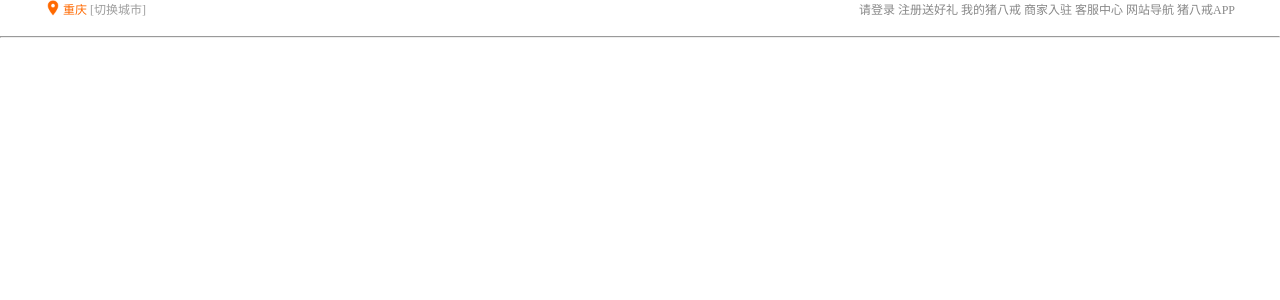
Repository: 13982720426/zbj
Page: HTML/index.html
The author's editor kept a copy of each file at every save. The page is drawn from the files as they stood at one save, then again after a run of saves.
The browser window is 1280 px wide. The pictures show the whole page.

Above is the page before, as saved 2021-07-15 13:19:42.

After the next 2 saves:
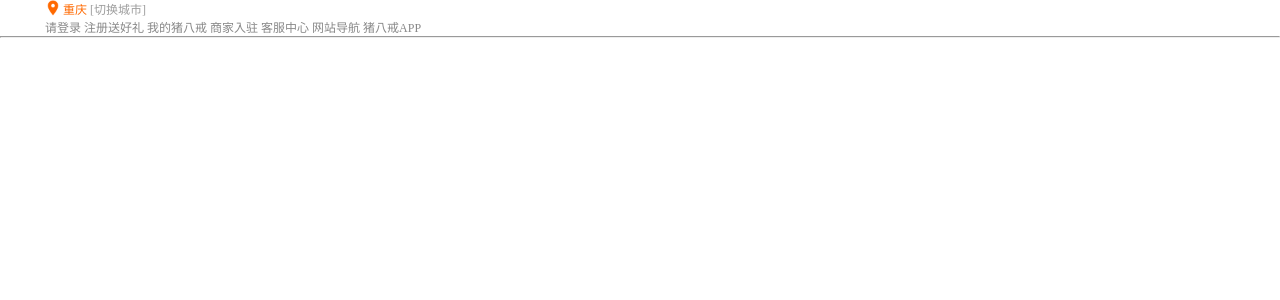
The 2 saves are shown as one change because they came seconds apart.
The last was saved 9 s later.
--- a/HTML/css/index.css
+++ b/HTML/css/index.css
@@ -3,7 +3,7 @@
   padding: 0;
 }
 .header-top {
-  display: flex;
+  /* display: flex; */
   margin: 0 auto;
   height: 36px;
   width: 1190px;
@@ -18,8 +18,6 @@
   background-image: url('data:[embedded picture, 1182 characters]');
 }
 .tl1 {
-  justify-content: center;
-  justify-items: center;
   color: #ff6900;
 }
 .tl2 {

After the save that followed:
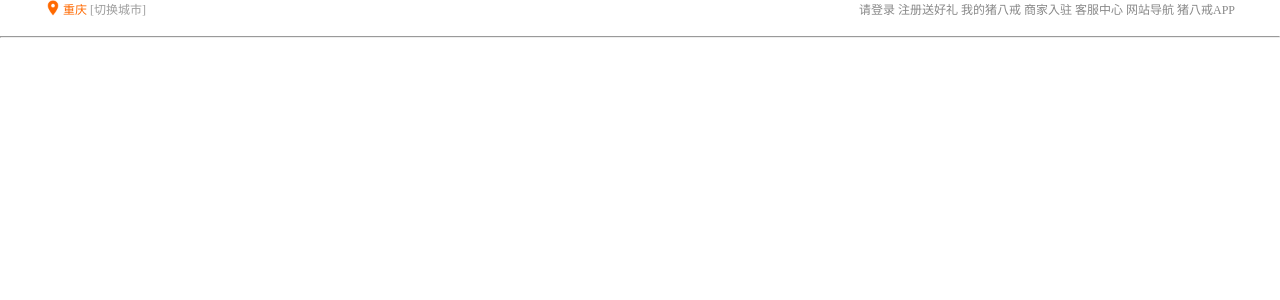
Saved 7 s later.
--- a/HTML/css/index.css
+++ b/HTML/css/index.css
@@ -3,7 +3,7 @@
   padding: 0;
 }
 .header-top {
-  /* display: flex; */
+  display: flex;
   margin: 0 auto;
   height: 36px;
   width: 1190px;
